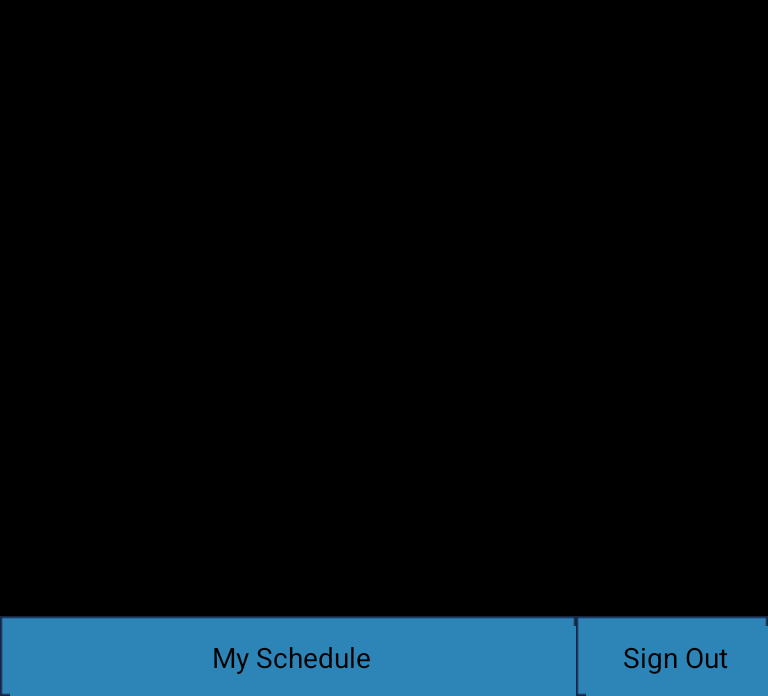
Repository: appsfactory/OfficeHours
Layout: OfficeHoursClient/res/layout/activity_sign__in.xml
These files come from the project's save history. The layout is drawn as it stood at one moment and after the next save; the edit follows.
The pictures show rows 584 to 1280 of an output 1280 px tall.
It is drawn on a 768 x 1280 px phone screen (xhdpi) without system bars, with theme AppTheme; the app's code is not run.

Above is the layout before, as saved 2012-10-05 18:03:36.

### OfficeHoursClient/res/layout/activity_sign__in.xml
<RelativeLayout xmlns:android="http://schemas.android.com/apk/res/android"
    xmlns:tools="http://schemas.android.com/tools"
    android:layout_width="match_parent"
    android:layout_height="match_parent" >

    <ToggleButton
        android:id="@+id/toggleButton1"
        android:layout_width="250dp"
        android:layout_height="150dp"
        android:layout_alignParentTop="true"
        android:layout_centerHorizontal="true"
        android:layout_marginTop="142dp"
        android:onClick="toggleSignIn"
        android:textOff="I&apos;m not at the Hub"
        android:textOn="I&apos;m at the Hub"
        android:textSize="23sp"
        android:textColor="white"
        android:background="@drawable/button_blue" />

    <TextView
        android:id="@+id/textView1"
        android:layout_width="wrap_content"
        android:layout_height="wrap_content"
        android:layout_alignParentTop="true"
        android:layout_centerHorizontal="true"
        android:layout_marginTop="110dp"
        android:text="Click to toggle presence"
        android:textAppearance="?android:attr/textAppearanceMedium" />

    <Button
        android:id="@+id/button2"
        style="?android:attr/buttonStyleSmall"
        android:layout_width="wrap_content"
        android:layout_height="40dp"
        android:layout_alignParentBottom="true"
        android:layout_alignParentRight="true"
        android:layout_alignTop="@+id/button1"
        android:layout_toRightOf="@+id/textView1"
        android:onClick="logOut"
        android:text="Sign Out"
        android:background="@drawable/button_blue" />

    <Button
        android:id="@+id/button1"
        android:layout_width="wrap_content"
        android:layout_height="40dp"
        android:layout_alignParentBottom="true"
        android:layout_alignParentLeft="true"
        android:layout_toLeftOf="@+id/button2"
        android:onClick="viewSchedule"
        android:text="@string/schedule_button"
        android:background="@drawable/button_blue" />

</RelativeLayout>

### OfficeHoursClient/res/values/styles.xml
<resources xmlns:android="http://schemas.android.com/apk/res/android">

    <style name="AppTheme" parent="android:Theme.Black.NoTitleBar" />
</resources>

### OfficeHoursClient/res/drawable/button_blue.xml
<?xml version="1.0" encoding="UTF-8"?>
<selector
  xmlns:android="http://schemas.android.com/apk/res/android">
    <item android:state_enabled="false"
     android:drawable="@drawable/button_blue_disabled" />
    <item android:state_enabled="true"
     android:state_pressed="true" android:drawable="@drawable/button_blue_pressed" />
    <item android:state_enabled="true"
     android:state_focused="true" android:drawable="@drawable/button_blue_selected" />
    <item android:state_enabled="true"
     android:drawable="@drawable/button_blue_normal" />
</selector>

### OfficeHoursClient/res/values/strings.xml
<resources>

    <string name="app_name">Office Hours @ the Hub</string>
    <string name="hello_world">Hello world!</string>
    <string name="menu_settings">Settings</string>
    <string name="title_activity_sign__in">Sign_In</string>
    <string name="schedule_button">My Schedule</string>
    <string name="title_activity_log__in">Log_In</string>
    <string name="login_title">OFFICE HOURS</string>
    <string name="login_subtitle"> \@ the hub</string>
    <string name="login_footer">By the Apps Factory Wizards</string>
    <string name="title_activity_sign_in_checker">SignInChecker</string>
    <string name="title_activity_schedule_view">ScheduleView</string>

</resources>

After the next save:
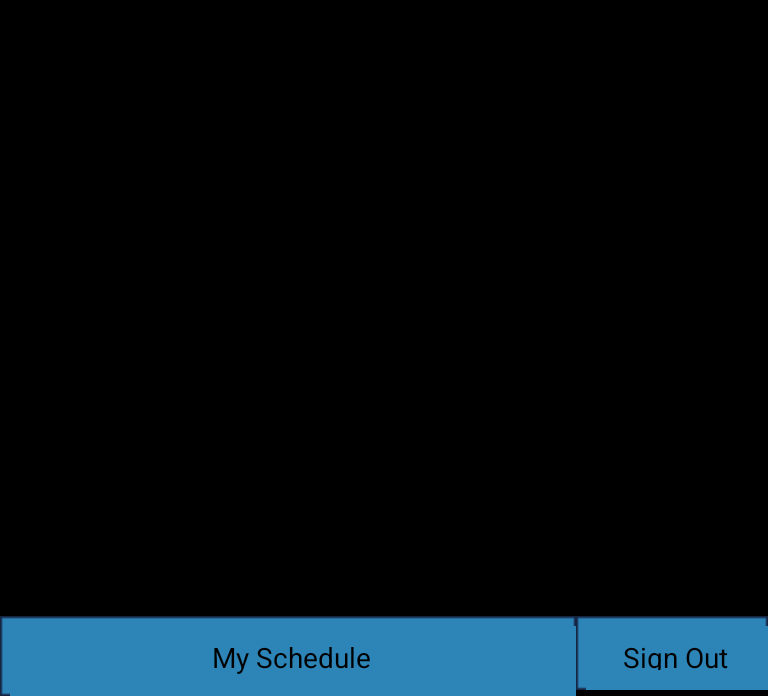
Saved 14 s later.
--- a/OfficeHoursClient/res/layout/activity_sign__in.xml
+++ b/OfficeHoursClient/res/layout/activity_sign__in.xml
@@ -38,7 +38,8 @@
         android:layout_toRightOf="@+id/textView1"
         android:onClick="logOut"
         android:text="Sign Out"
-        android:background="@drawable/button_blue" />
+        android:background="@drawable/button_blue"
+        android:layout_marginBottom="3dp" />
 
     <Button
         android:id="@+id/button1"
